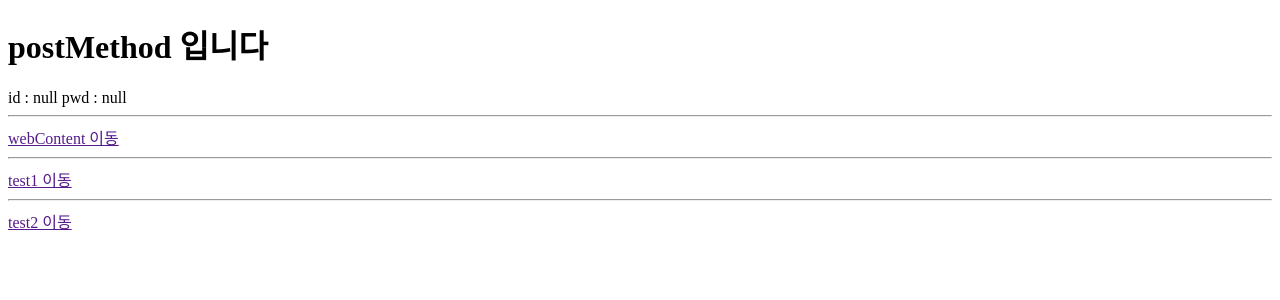
Repository: hangilyon/allJSPStudy
Page: http://localhost/jsp01/get_post/postMethod.jsp
These files come from the project's save history. The page is drawn as it stood at one moment and after the next save; the edit follows.
The browser window is 1280 px wide. The pictures show the whole page.
The page is served by Tomcat 9.

Above is the page before, as saved 2021-10-19 10:58:24.

### jsp01/src/main/webapp/get_post/postMethod.jsp
<%@page import="java.net.Authenticator.RequestorType"%>
<%@ page language="java" contentType="text/html; charset=UTF-8"
    pageEncoding="UTF-8"%>
<!DOCTYPE html>
<html>
<head>
<meta charset="UTF-8">
<title>postMethod</title>
</head>
<body>
	<%
		request.setCharacterEncoding("utf-8");
		response.setCharacterEncoding("utf-8");
	%>
	<h1>postMethod 입니다</h1>
	id : <%= request.getParameter("id") %>
	pwd : <%= request.getParameter("pwd") %>

	<hr><a href="">webContent 이동</a>
	<hr><a href="">test1 이동</a>
	<hr><a href="">test2 이동</a>
</body>
</html>

After the next save:
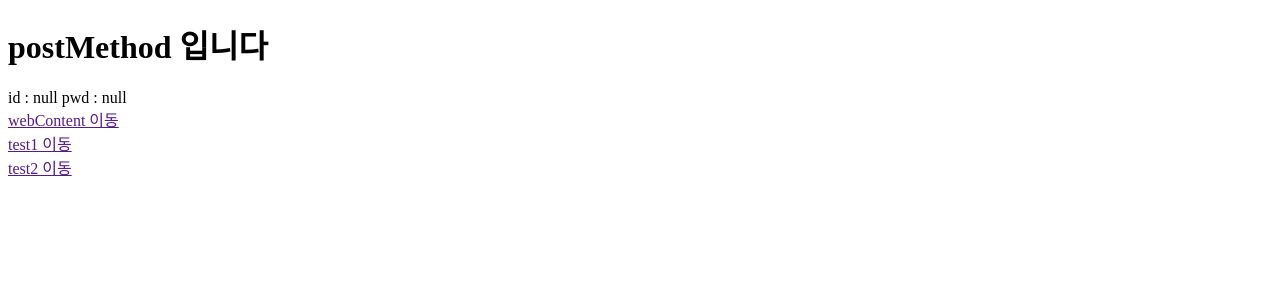
Saved 10 s later.
--- a/jsp01/src/main/webapp/get_post/postMethod.jsp
+++ b/jsp01/src/main/webapp/get_post/postMethod.jsp
@@ -16,8 +16,8 @@
 	id : <%= request.getParameter("id") %>
 	pwd : <%= request.getParameter("pwd") %>
 
-	<hr><a href="">webContent 이동</a>
-	<hr><a href="">test1 이동</a>
-	<hr><a href="">test2 이동</a>
+	<br><a href="">webContent 이동</a>
+	<br><a href="">test1 이동</a>
+	<br><a href="">test2 이동</a>
 </body>
 </html>
